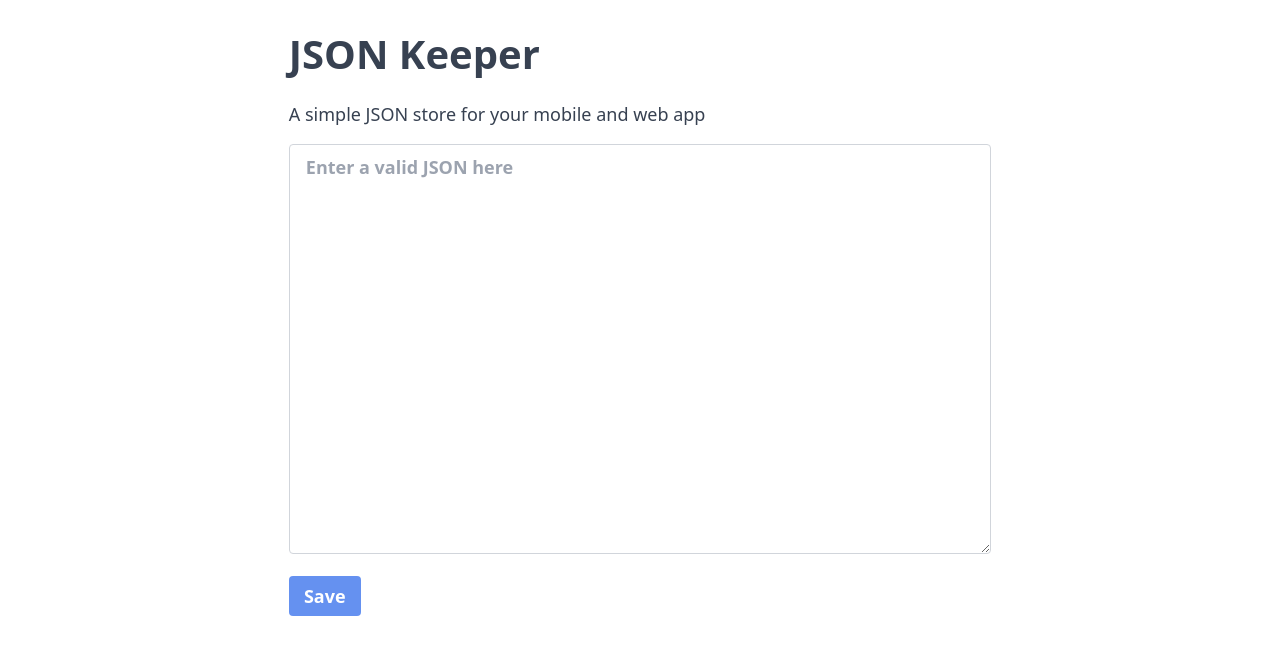
Repository: lakshithapramodya/jsonhub
Page: / (app in client/)
The author's editor kept a copy of each file at every save. The page is drawn from the files as they stood at one save, then again after the next save.
The browser window is 1280 px wide. The pictures show the whole page.
The page's requests for data from a server got no answer. The project was rebuilt for these pictures with package versions that can differ from the ones it lists, and the page was loaded fresh each time. No one was signed in, and anything a server would have sent is missing. Also part of the build but not shown: client/src/HandleJsonData.js.

Above is the page before, as saved 2023-05-10 12:41:53.

After the next save:
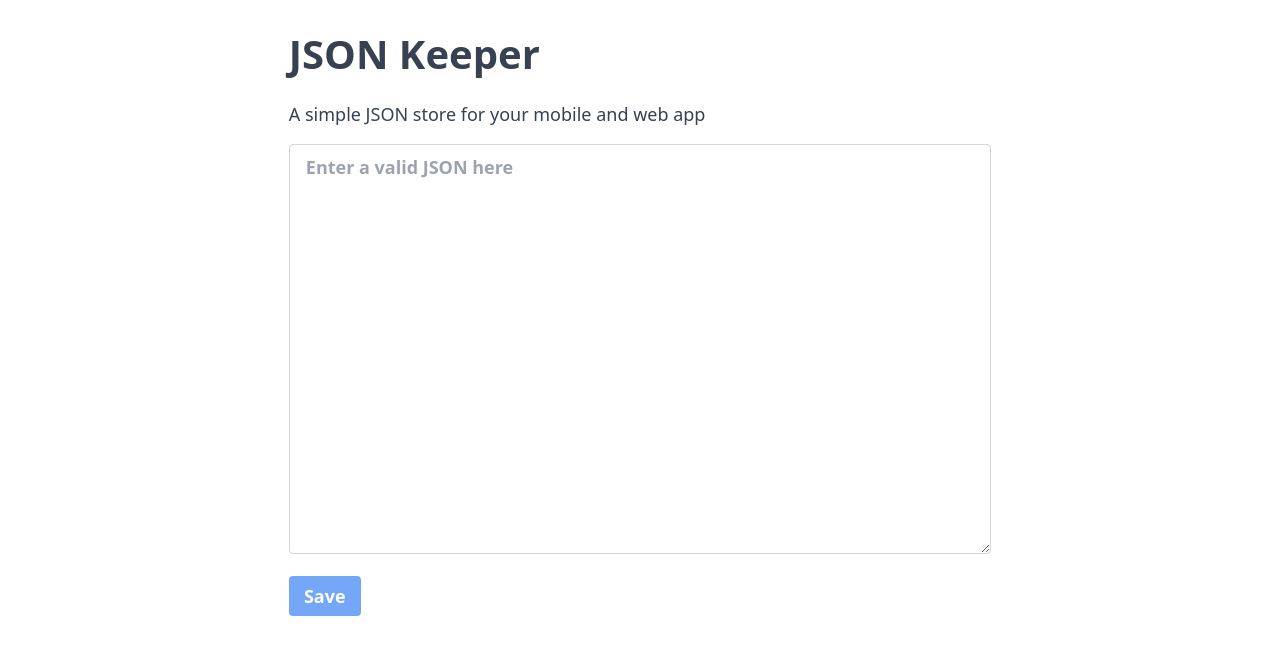
Saved 4 s later.
--- a/client/src/App.js
+++ b/client/src/App.js
@@ -56,7 +56,7 @@ function App() {
             className={`border border-gray-300 w-full rounded p-2 px-4 text-lg font-semibold focus:outline-none`}
           />
           <button
-            className="bg-blue-600 p-1 px-3 w-[4.5rem] h-10 rounded font-semibold text-lg text-white disabled:opacity-70"
+            className="bg-blue-500 p-1 px-3 w-[4.5rem] h-10 rounded font-semibold text-lg text-white disabled:opacity-70"
             disabled={!isJsonString(input)}
             type="submit"
           >
